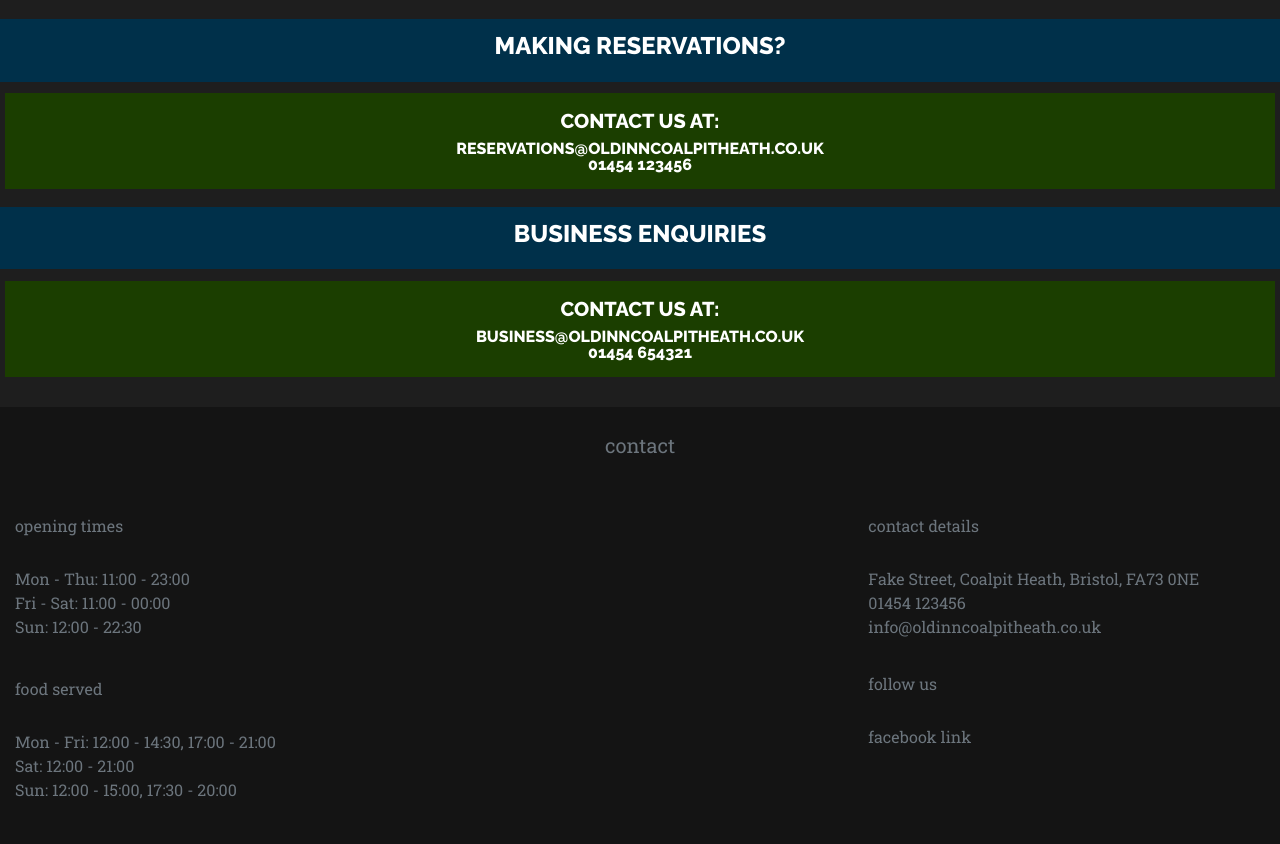
Repository: Code-Institute-Submissions/JamesLStudent-Milestone_One
Page: contacts.html
The author's editor kept a record of every edit. The page is drawn from the files as they stood at one moment, then again after the next edit.
The browser window is 1280 px wide. The pictures show the part of the page from y = 910 to 1754 px (the page is 1754 px tall before and 1742 px after).

Above is the page before.
Console error: TypeError: Cannot read properties of undefined (reading 'fn')

After the next edit:
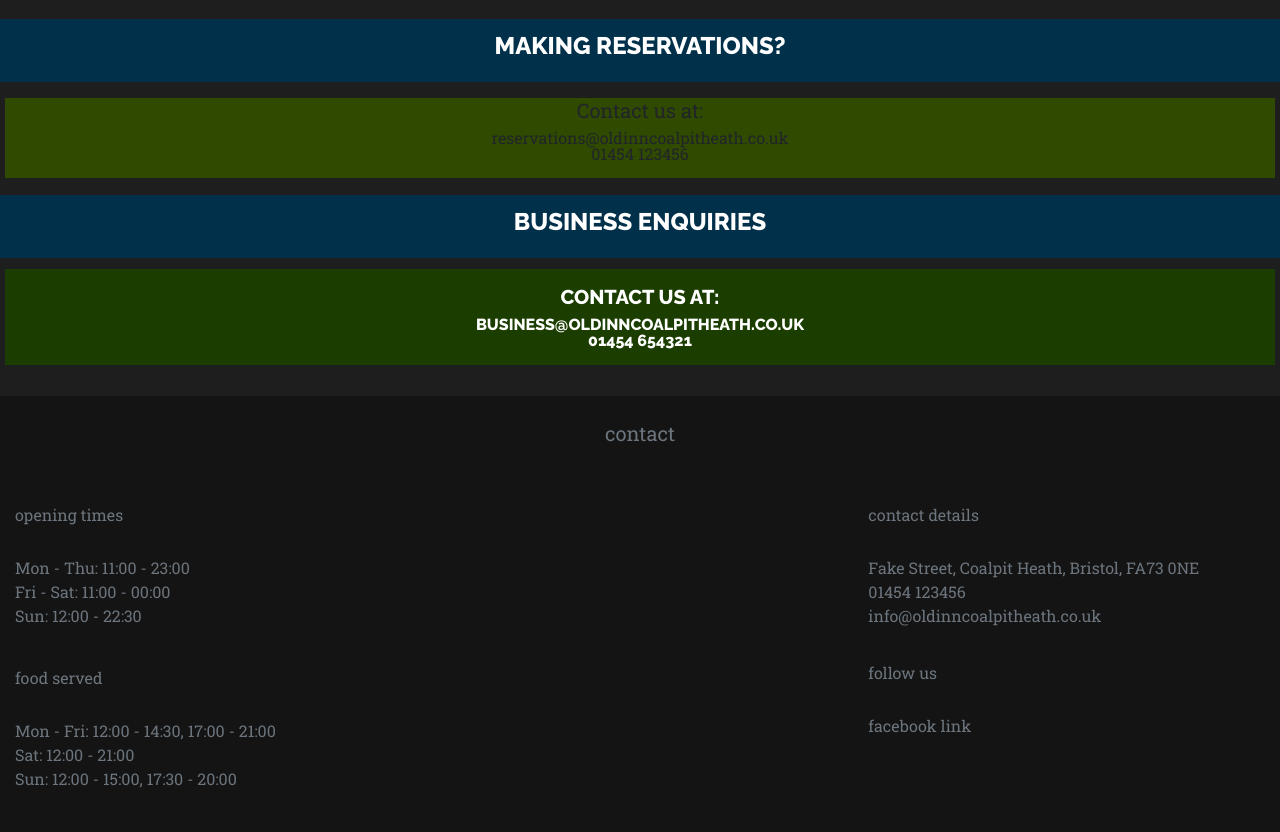
The edit:
--- a/contacts.html
+++ b/contacts.html
@@ -87,7 +87,7 @@
         <div class="subtitle">
             <h4>Making reservations?</h4>
         </div>
-        <div class="sub-box">
+        <div class="img-text">
             <p class="text-muted">
                 <h5>Contact us at:</h5>
                 reservations@oldinncoalpitheath.co.uk</br>
